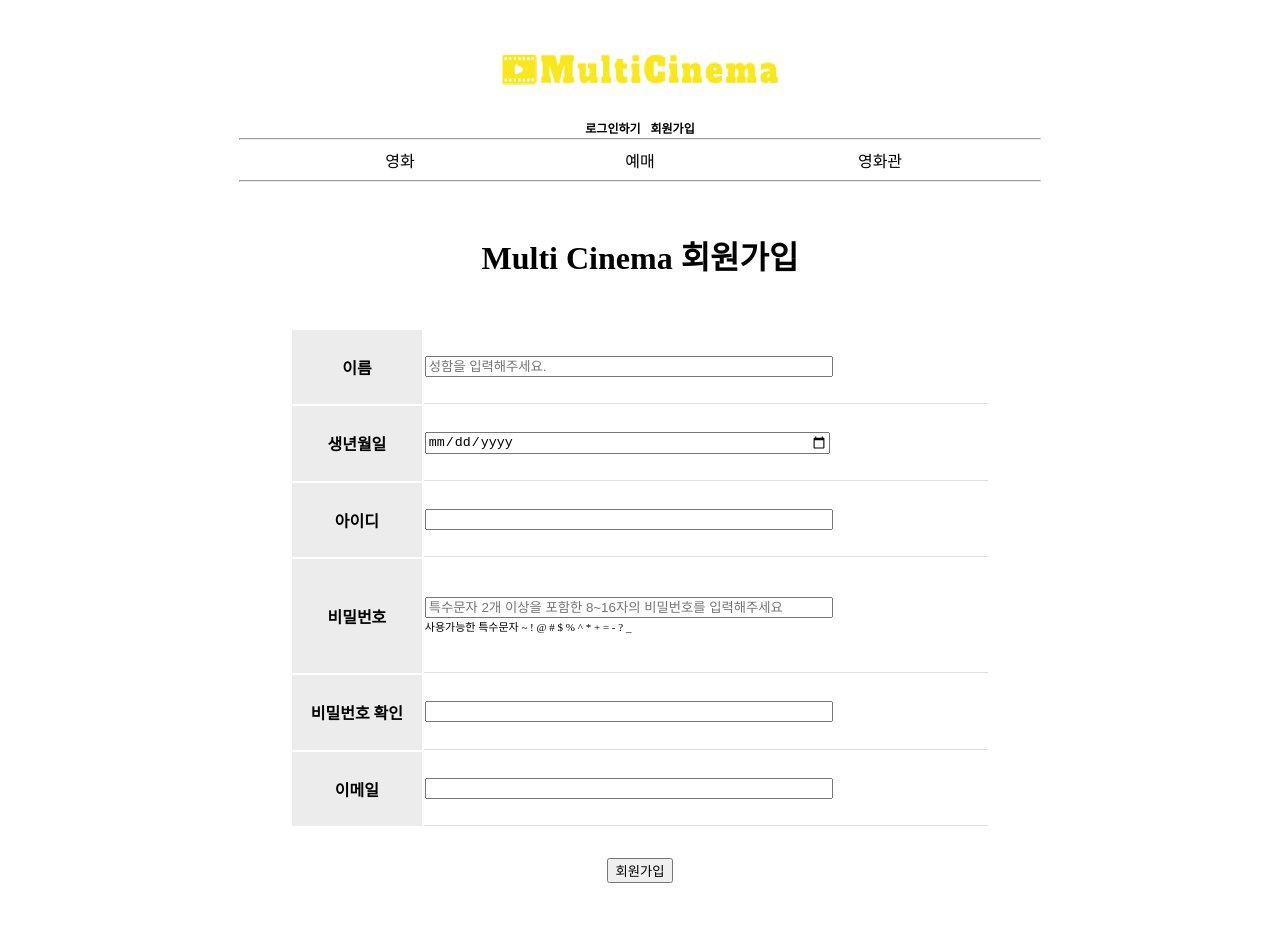
Repository: 23-MultiCampus-17-MiniProject/FrontEnd
Page: http://localhost/com.mc.multicinema/WEB-INF/views/member_join.jsp
The author's editor kept a copy of each file at every save. The page is drawn from the files as they stood at one save, then again after the next save.
The browser window is 1280 px wide. The pictures show the whole page.
The page is served by Tomcat 9. Nobody is signed in. The template is opened directly, without the code that normally fills it, so the values that code supplies are empty.

Above is the page before, as saved 2023-12-10 20:03:27.

After the next save:
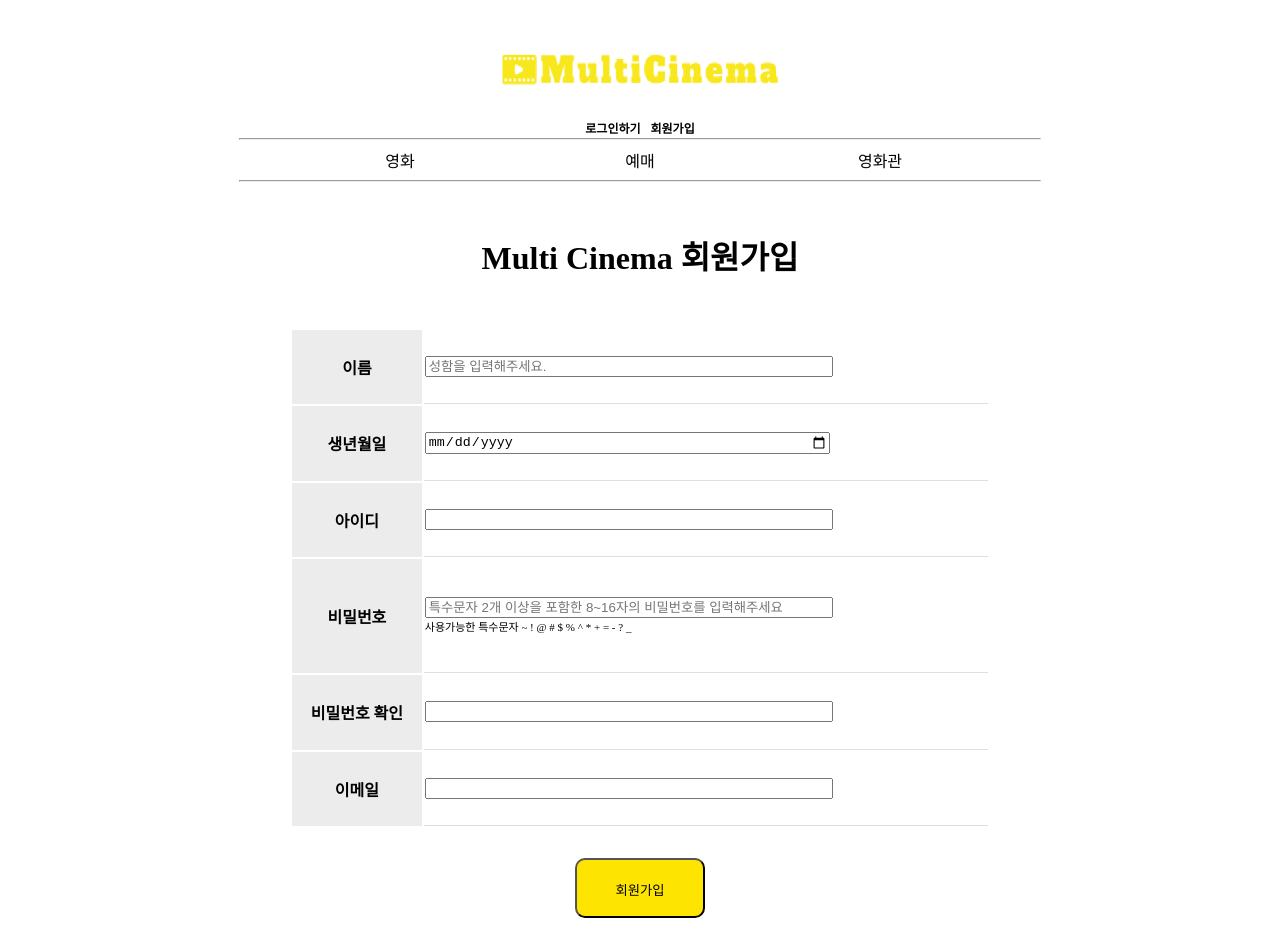
Saved 56 min 50 s later.
--- a/com.mc.multicinema/src/main/webapp/resources/css/member_join.css
+++ b/com.mc.multicinema/src/main/webapp/resources/css/member_join.css
@@ -39,7 +39,7 @@
 		font-size: 11px;
 	}
 
-	#btn_join > div{
+	#btn_join {
 
 		background-color: rgb(254, 228, 1);
 		border-radius: 10px;
